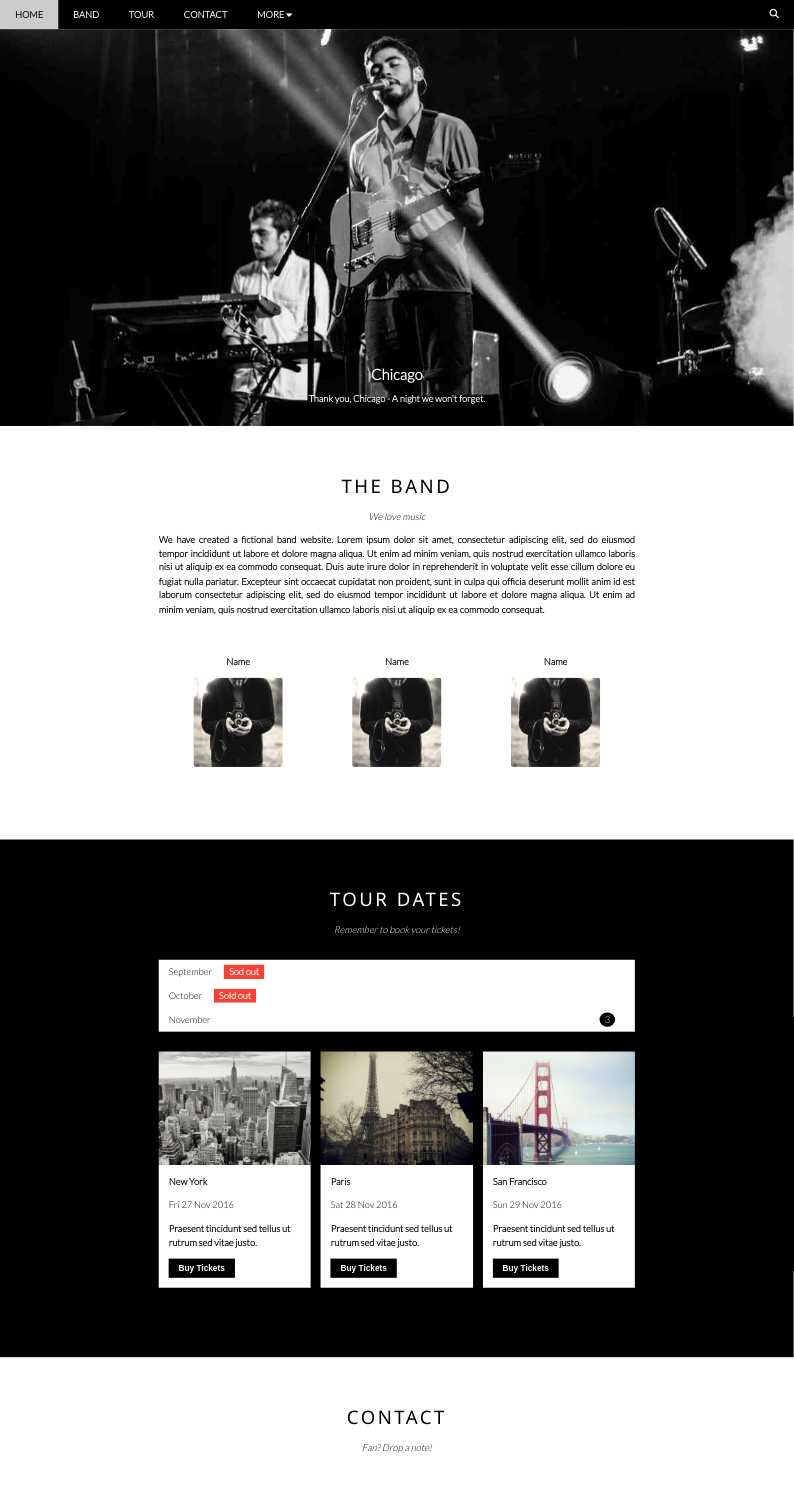
Repository: vanmanhAI/project-03-w3
Page: index.html
The author's editor kept a copy of each file at every save. The page is drawn from the files as they stood at one save, then again after the next save.
The browser window is 1280 px wide. The pictures show the whole page, at 62% of full size.
Some web libraries are served in a nearby version.

Above is the page before, as saved 2022-07-13 10:10:27.

### index.html
<!DOCTYPE html>
<html lang="en">
<head>
    <meta charset="UTF-8">
    <meta http-equiv="X-UA-Compatible" content="IE=edge">
    <meta name="viewport" content="width=device-width, initial-scale=1.0">
    <title>Document</title>
    <link rel="stylesheet" href="./assets/css/style.css">
    <!-- icons -->
    <link rel="stylesheet" href="https://cdnjs.cloudflare.com/ajax/libs/font-awesome/6.1.1/css/all.min.css" integrity="sha512-KfkfwYDsLkIlwQp6LFnl8zNdLGxu9YAA1QvwINks4PhcElQSvqcyVLLD9aMhXd13uQjoXtEKNosOWaZqXgel0g==" crossorigin="anonymous" referrerpolicy="no-referrer" />
    <!-- font -->
    <link rel="preconnect" href="https://fonts.googleapis.com">
<link rel="preconnect" href="https://fonts.gstatic.com" crossorigin>
<link href="https://fonts.googleapis.com/css2?family=Lato:wght@300&display=swap" rel="stylesheet">
</head>
<body>
    <div id="main">
        <div id="header">
            <ul id="nav">
                <li><a href="#">home</a></li>
                <li><a href="#content-band">band</a></li>
                <li><a href="#content-tour">tour</a></li>
                <li><a href="#">contact</a></li>
                <li>
                    <a href="#">
                        more
                        <i class="fa-solid fa-caret-down subnav-caret"></i>
                    </a>
                    <ul class="subnav">
                        <li><a href="#">merchandise</a></li>
                        <li><a href="#">extras</a></li>
                        <li><a href="#">media</a></li>
                    </ul>
                </li>
            </ul>
            <i class="fa-solid fa-magnifying-glass header-search"></i>
        </div>

        <div id="slider">
            <div class="slider-desc">
                <h3 class="slider-name">chicago</h3>
                <b class="slider-content">Thank you, Chicago - A night we won't forget.</b>
            </div>
        </div>

        <div id="content">
            <div class="content-section" id="content-band">
                <h3 class="section-heading" >the band</h3>
                <p class="section-sub-heading">We love music</p>
                <p class="about">We have created a fictional band website. Lorem ipsum dolor sit amet, consectetur adipiscing elit, sed do eiusmod tempor incididunt ut labore et dolore magna aliqua. Ut enim ad minim veniam, quis nostrud exercitation ullamco laboris nisi ut aliquip ex ea commodo consequat. Duis aute irure dolor in reprehenderit in voluptate velit esse cillum dolore eu fugiat nulla pariatur. Excepteur sint occaecat cupidatat non proident, sunt in culpa qui officia deserunt mollit anim id est laborum consectetur adipiscing elit, sed do eiusmod tempor incididunt ut labore et dolore magna aliqua. Ut enim ad minim veniam, quis nostrud exercitation ullamco laboris nisi ut aliquip ex ea commodo consequat.</p>
                <div class="members-list text-center">
                    <div class="col col-third">
                        <p class="member-name">name</p>
                        <img src="./assets/img/Band/member1.jpg" alt="name" class="member-img">
                    </div>
                    <div class="col col-third">
                        <p class="member-name">name</p>
                        <img src="./assets/img/Band/member1.jpg" alt="name" class="member-img">
                    </div>
                    <div class="col col-third">
                        <p class="member-name">name</p>
                        <img src="./assets/img/Band/member1.jpg" alt="name" class="member-img">
                    </div>
                </div>
            </div>
            <div class="tour-section">
                <div class="content-section" id="content-tour">
                    <h3 class="section-heading text-white">tour dates</h3>
                    <p class="section-sub-heading text-white">Remember to book your tickets!</p>
                    <br>
                    <ul class="tickets-list">
                        <li>September <span class="sold-out">Sod out</span></li>
                        <li>October <span class="sold-out">Sold out</span></li>
                        <li>November <span class="quantity">3</span></li>
                    </ul>
                    <div class="places-list row">
                        <div class="col-third col">
                            <img src="./assets/img/Places/newyork.jpg" alt="New York" class="place-img">
                            <div class="place-body">
                                <h4 class="place-heading">new york</h4>
                                <p class="place-time">Fri 27 Nov 2016</p>
                                <p class="place-desc">Praesent tincidunt sed tellus ut rutrum sed vitae justo.</p>
                                <button class="place-buy-btn js-buy-ticket">Buy Tickets</button>
                            </div>
                        </div>
                        <div class="col-third col">
                            <img src="./assets/img/Places/paris.jpg" alt="Paris" class="place-img">
                            <div class="place-body">
                                <h4 class="place-heading">paris</h4>
                                <p class="place-time">Sat 28 Nov 2016</p>
                                <p class="place-desc">Praesent tincidunt sed tellus ut rutrum sed vitae justo.</p>
                                <button class="place-buy-btn js-buy-ticket">Buy Tickets</button>
                            </div>
                        </div>
                        <div class="col-third col">
                            <img src="./assets/img/Places/sanfran.jpg" alt="San Francisco" class="place-img">
                            <div class="place-body">
                                <h4 class="place-heading">san francisco</h4>
                                <p class="place-time">Sun 29 Nov 2016</p>
                                <p class="place-desc">Praesent tincidunt sed tellus ut rutrum sed vitae justo.</p>
                                <button class="place-buy-btn js-buy-ticket">Buy Tickets</button>
                            </div>
                        </div>
                    </div>
                </div>
            </div>
            <div class="content-section">
                <h3 class="section-heading">contact</h3>
                <p class="section-sub-heading">Fan? Drop a note!</p>

            </div>
        </div>
        <div id="footer"></div>
    </div>
    <div class="modal js-modal">
        <div class="modal-container js-modal-container">
            <div class="modal-header">
                <button class="modal-close js-modal-close">✕</button>
                <h3 class="modal-heading">
                    <i class="fa-solid fa-suitcase modal-bag"></i>
                    Tickets
                </h3>
            </div>
            <div class="modal-body">
                <label for="ticket-quantity" class="modal-label">
                    <i class="fa-solid fa-cart-shopping modal-shopping"></i>
                    Tickets, $15 per person
                </label>
                <input type="text" name="" id="ticket-quantity" placeholder="How many?" class="modal-input">
                <label for="ticket-email" class="modal-label">
                    <i class="fa-solid fa-user modal-user"></i>
                    Send To
                </label>
                <input type="text" name="" id="ticket-email" placeholder="Enter email" class="modal-input">
                <button class="modal-btn-pay">
                    PAY
                    <i class="fa-solid fa-check modal-check"></i>
                </button>
                <button class="modal-btn-close js-modal-close">
                    Close
                    <i class="fa-solid fa-xmark modal-xmark"></i>
                </button>
                <p class="modal-assit">
                    Need
                    <a href="#" class="modal-help">help?</a>
                </p>
            </div>
        </div>
    </div>
    <script>
        const buyBtns = document.querySelectorAll('.js-buy-ticket')
        const modal = document.querySelector('.js-modal')
        const modalCloses = document.querySelectorAll('.js-modal-close')
        const modalContainer = document.querySelector('.js-modal-container')
        modal.addEventListener('click', closeModal)
        modalContainer.addEventListener('click', function (event) {
            event.stopPropagation()
        })
        function closeModal() {
            modal.classList.remove('open')
        }
        function showBuyTicKets() {
            modal.classList.add('open')
        }
        for(const modalClose of modalCloses) {
            modalClose.addEventListener('click', closeModal)
        }
        for(const buyBtn of buyBtns) {
            buyBtn.addEventListener('click',  showBuyTicKets)
        }
    </script>
</body>
</html>

### assets/css/style.css
* {
    padding: 0;
    margin: 0;
    box-sizing: border-box;
}
html {
    font-size: 62.5%;
}
:root {
    --lineheight-nav: 2.25rem;
    --padding-nav: 1.2rem;
}
/* common */
.text-white {
    color: #fff !important;
}
.text-center {
    text-align: center;
}
.row {
    margin-left: -1.6rem;
    margin-right: -1.6rem;
}
.col {
    float: left;
    padding-left: 0.8rem;
    padding-right: 0.8rem;
}
.col-third {
    width: calc(100%/3);
}
/* main */
#main {

}
#header {
    position: fixed;
    z-index: 1;
    top: 0;
    left: 0;
    right: 0;
    background: #000;
    font-size: 1.5rem;
    font-family: 'Lato', sans-serif;
    font-weight: bold;
    line-height: var(--lineheight-nav);
}
#header:after {
    content: "";
    display: block;
    clear: both;
}
#header .header-search {
    color: #fff;
    display: block;
    float: right;
    padding: var(--padding-nav) 2.4rem;
    line-height: var(--lineheight-nav);
    cursor: pointer;
}
#header .header-search:hover {
    background: #f44336
}
#header #nav>li {
    position: relative;
    text-align: center;
    cursor: pointer;
    float: left;
}
#header #nav>li>a {
    display: block;
    padding: var(--padding-nav) 2.4rem;
}
#header #nav>li:last-child:hover .subnav {
    width: 16rem;
}
#header #nav li:hover {
    background: #ccc;
}
#header #nav>li:hover>a {
    color: #000;
}
#nav li {
    list-style-type: none;
    position: relative;
}
#nav li .subnav-caret {
    text-transform: none;
    text-align: center;
}
#nav li a {
    color: #fff;
    text-decoration: none;
    text-transform: uppercase;
}
#nav .subnav {
    position: absolute;
    width: 0;
    overflow: hidden;
    top: 100%;
    left: 0;
    background: #fff;
    color: #000;
    box-shadow: 0 0 4px 0 #ccc;
    transition: width 0.3s linear;
}
#nav .subnav li {
    padding: 0.8rem 1.6rem;
    text-align: left;
    min-width: 16rem;
}
#nav .subnav li a {
    color: #000;
    text-transform: capitalize;
}
#slider {
    position: relative;
    margin-top: calc(var(--lineheight-nav) + 2*var(--padding-nav));
    background: #ccc;
    padding-top: 50%;
    max-height: 100vh;
    background: url('/assets/img/sliders/chicago.jpg') top/cover no-repeat
}
.slider-desc{
    position: absolute;
    bottom: 0;
    left: 50%;
    transform: translatex(-50%);
    color: #fff;
    padding: 3.2rem 1.6rem;
    text-align: center;
    font-size: 1.5rem;
    font-family: 'Lato', sans-serif;

}
.slider-name{
    text-transform: capitalize;
    font-size: 2.4rem;
    line-height: 3.6rem;
    margin: 1rem 0;
}
.slider-content{
    line-height: 1.5;
    font-size: 1.5rem;
}
#content {
    line-height: 1.5;
}
#content .content-section {
    max-width: 80rem;
    margin: 0 auto;
    padding: 6.4rem 1.6rem;
    font-size: 1.5rem;
    font-family: 'Lato', sans-serif;
}
#content .section-heading {
    font-size: 3rem;
    text-transform: uppercase;
    line-height: 4.5rem;
    margin: 1rem 0;
    text-align: center;
    letter-spacing: 0.4rem;
    font-family: "Segoe UI",Arial,sans-serif;
    font-weight: 400;
}
#content .section-sub-heading {
    text-align: center;
    font-style: italic;
    font-weight: 100;
    margin: 1.5rem 0;
}
#content .content-section .about {
    text-align: justify;
    font-weight: bold;
    margin: 1.5rem 0;
    word-spacing: 0.1rem;
}
#content .members-list {
    padding: 3.2rem 0;
}
#content .members-list:after {
    content: "";
    display: block;
    clear: both;
}
#content .members-list .member-name {
    margin: 1.5rem 0;
    text-transform: capitalize;
    font-weight: bold;
}
#content .members-list .member-img{
    width: 60%;
    border-radius: 0.4rem;
    margin: 0 0 1.6rem;
}
#content .tour-section {
    background: #000;
}
#content .tour-section .tickets-list {
    background: #fff;
    list-style-type: none;
}
#content .tickets-list li {
    padding: 0.8rem 1.6rem;
}
#content .tickets-list .sold-out {
    display: inline-block;
    padding: 0 0.8rem;
    color: #fff;
    background: #f44336;
    margin-left: 1.6rem;
    text-align: center;
    font-weight: bold;
}
#content .tickets-list .quantity {
    display: block;
    padding: 0 0.8rem;
    background: #000;
    color: #fff;
    border-radius: 50%;
    float: right;
    margin-right: 1.6rem;
}
#content .places-list {
    padding: 3.2rem 0.8rem 4.8rem;
}
#content .places-list:after {
    content: "";
    display: block;
    clear: both;
}
#content .places-list .place-img {
    width: 100%;
    vertical-align: middle;
}
#content .places-list .place-img:hover {
    opacity: 0.6;
}
#content .places-list .place-body{
    background: #fff;
    padding: 0.015rem 1.6rem;
}
#content .places-list .place-heading{
    margin: 1.5rem 0;
    text-transform: capitalize;
    font-weight: 700;
}
#content .places-list .place-time{
    margin: 1.5rem 0;
}
#content .places-list .place-desc{
    margin: 1.5rem 0;
    font-weight: bold;
}
#content .places-list .place-buy-btn{
    display: inline-block;
    padding: 0.8rem 1.6rem;
    border: none;
    background: #000;
    color: #fff;
    margin-bottom: 1.6rem;
    font-weight: bold;
}
#content .places-list .place-buy-btn:hover {
    background: #ccc;
    color: #000;
}
.modal {
    display: none;
    position: fixed;
    z-index: 3;
    top: 0;
    left: 0;
    right: 0;
    bottom: 0;
    background: rgba(0, 0, 0, 0.4);
    font-size: 1.5rem;
    font-family: "Segoe UI",Arial,sans-serif;
    line-height: 2.25rem;
    padding: 100px 16px;
}
.modal.open {
    display: block;
}
.modal .modal-container {
    position: relative;
    z-index: 2;
    box-shadow: 0 4px 10px rgba(0, 0, 0, 0.4);
    max-width: 900px;
    margin: auto;
}
.modal.open .modal-container {
    animation:  modalFadeIn 0.5s ease;
}
.modal .modal-container .modal-header {
    position: relative;
    color: #fff;
    background: #009688;
    text-align: center;
    padding: 3.2rem 1.6rem;
}
.modal .modal-header .modal-close {
    position: absolute;
    top: 0;
    right: 0;
    line-height: 3.6rem;
    padding: 0.8rem 1.6rem;
    font-size: 1.5rem;
    border: none;
    background: transparent;
}
.modal .modal-header .modal-close:hover {
    background: #ccc;
    color: #000;
}
.modal .modal-header .modal-heading {
    font-weight: 400;
    font-size: 3rem;
    line-height: 4.5rem;
    margin: 1rem 0;
    letter-spacing: 0.4rem;
}
.modal .modal-header .modal-bag{
    font-size: 2.7rem;
}
.modal .modal-container .modal-body {
    padding: 0.015rem 1.6rem;
    background: #fff;
}
.modal-container .modal-body:after {
    content: "";
    display: block;
    clear: both;
}
.modal .modal-body .modal-label {
    display: block;
    margin: 1.5rem 0;
}
.modal .modal-body .modal-input {
    display: block;
    width: 100%;
    border: 1px solid #ccc;
    padding: 8px;
    font-family: "Segoe UI",Arial,sans-serif;
    font-size: 1.5rem;
    line-height: 2.25rem;
}
.modal .modal-container .modal-btn-pay {
    display: block;
    width: 100%;
    border: none;
    margin: 1.6rem 0;
    padding: 1.6rem;
    background: #009688;
    color: #fff;
    text-align: center;
}
.modal .modal-container .modal-btn-pay:hover {
    background: #ccc;
    color: #000;
}
.modal .modal-container .modal-btn-close {
    border: none;
    margin: 1.6rem 0;
    padding: 0.8rem 1.6rem;
    float: left;
    background: #f44336;
    color: #fff;
    font-weight: bold;
    font-family: "Segoe UI",Arial,sans-serif;
    font-size: 1.5rem;
    line-height: 2.25rem;
}
.modal-container .modal-btn-close:hover {
    background: #ccc;
    color: #000;
}
.modal .modal-container .modal-assit {
    float: right;
    margin: 1.5rem 0;
}
.modal-container .modal-assit .modal-help {
    color: #2196f3;
    font-family: "Segoe UI",Arial,sans-serif;
}
@keyframes modalFadeIn {
    from {
        transform: translateY(-125%);
        opacity: 0;
    }
    to {
        transform: translateY(0);
        opacity: 1;
    }
}
.footer {

}

After the next save:
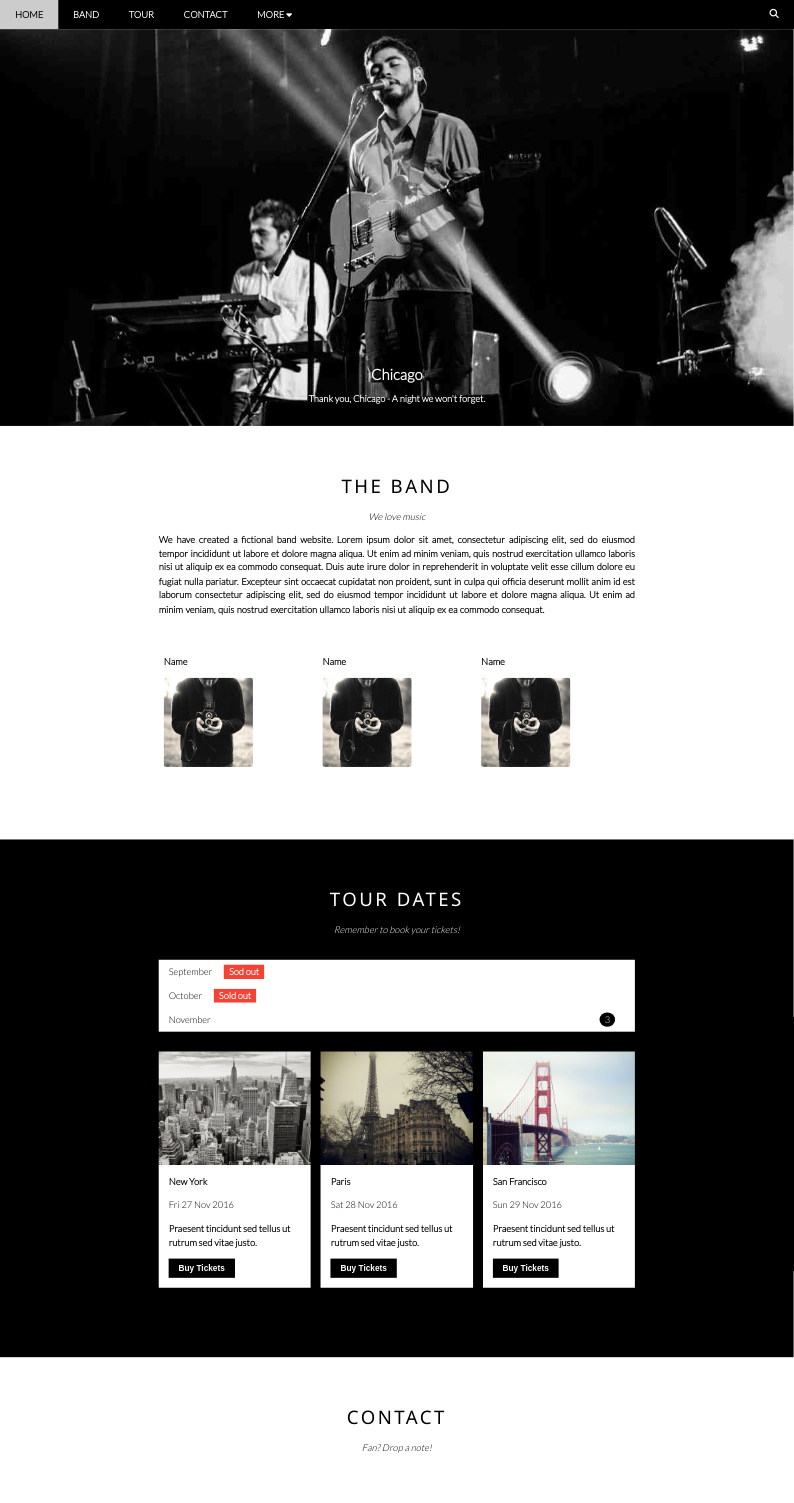
Saved 10 s later.
--- a/assets/css/style.css
+++ b/assets/css/style.css
@@ -15,7 +15,7 @@
     color: #fff !important;
 }
 .text-center {
-    text-align: center;
+    text-align: center important;
 }
 .row {
     margin-left: -1.6rem;

After the save that followed:
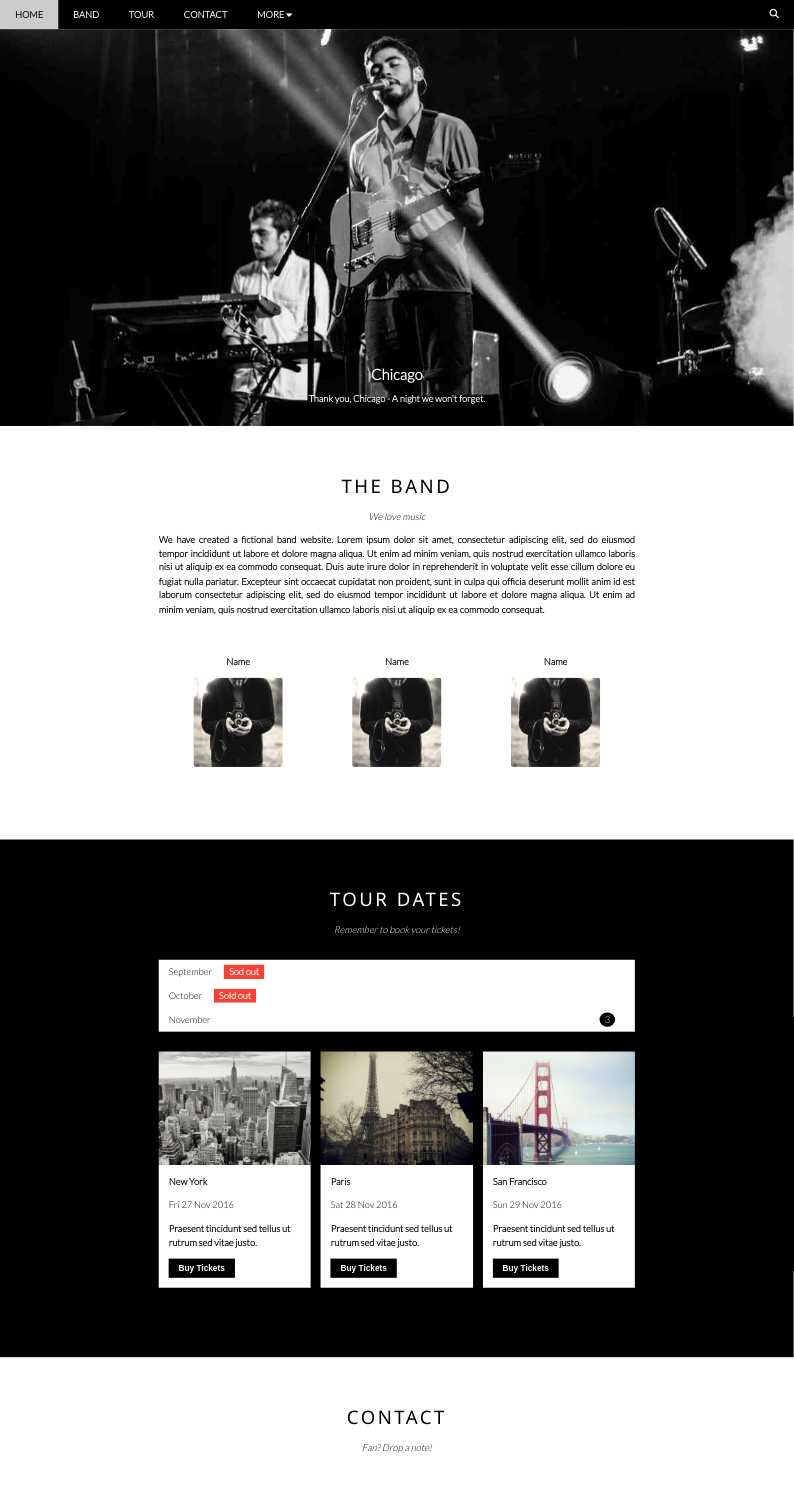
Saved 4 s later.
--- a/assets/css/style.css
+++ b/assets/css/style.css
@@ -15,7 +15,7 @@
     color: #fff !important;
 }
 .text-center {
-    text-align: center important;
+    text-align: center !important;
 }
 .row {
     margin-left: -1.6rem;
